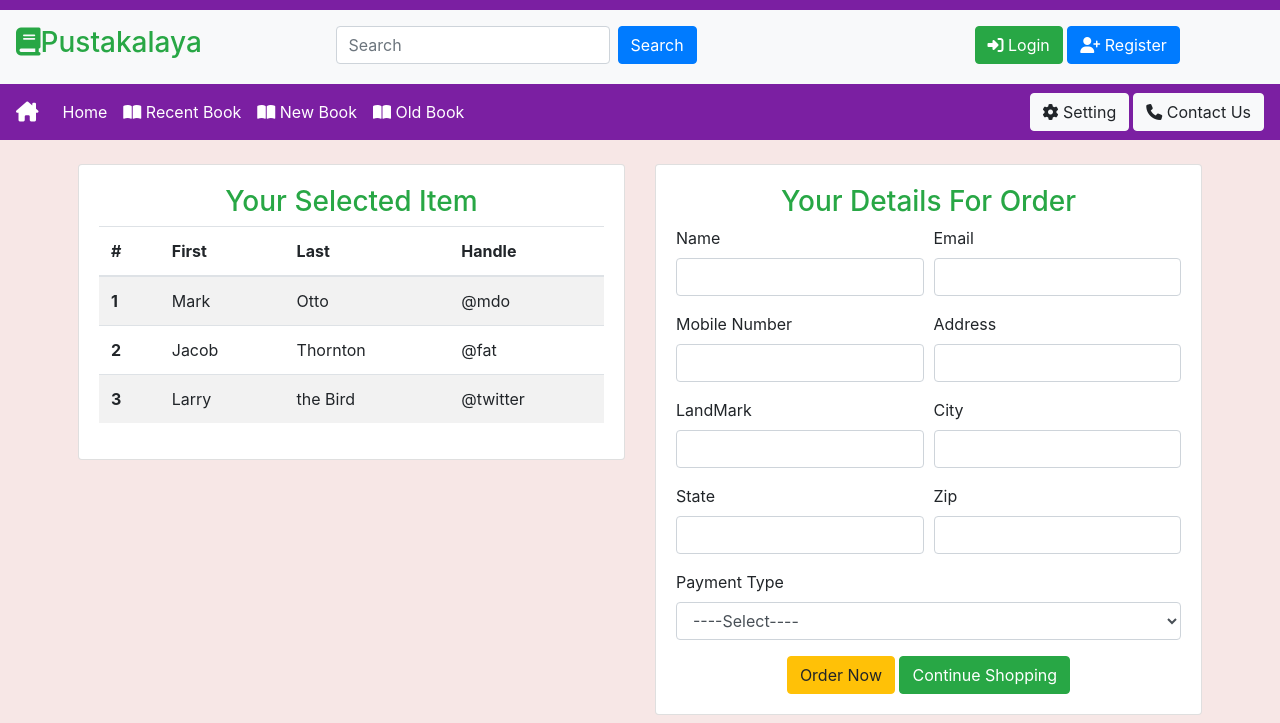
Repository: kalaprabhakar/Pustakalay_Web_Application
Page: http://localhost/E_Book_Management/checkout.jsp
An editor plug-in stored every save of this project. The page is shown before and after the next save, followed by the edit.
The browser window is 1280 px wide. The pictures show the whole page.
Some web libraries are served in a nearby version. The page is served by Tomcat 10.

Above is the page before, as saved 2024-02-23 04:35:48.

After the next save:
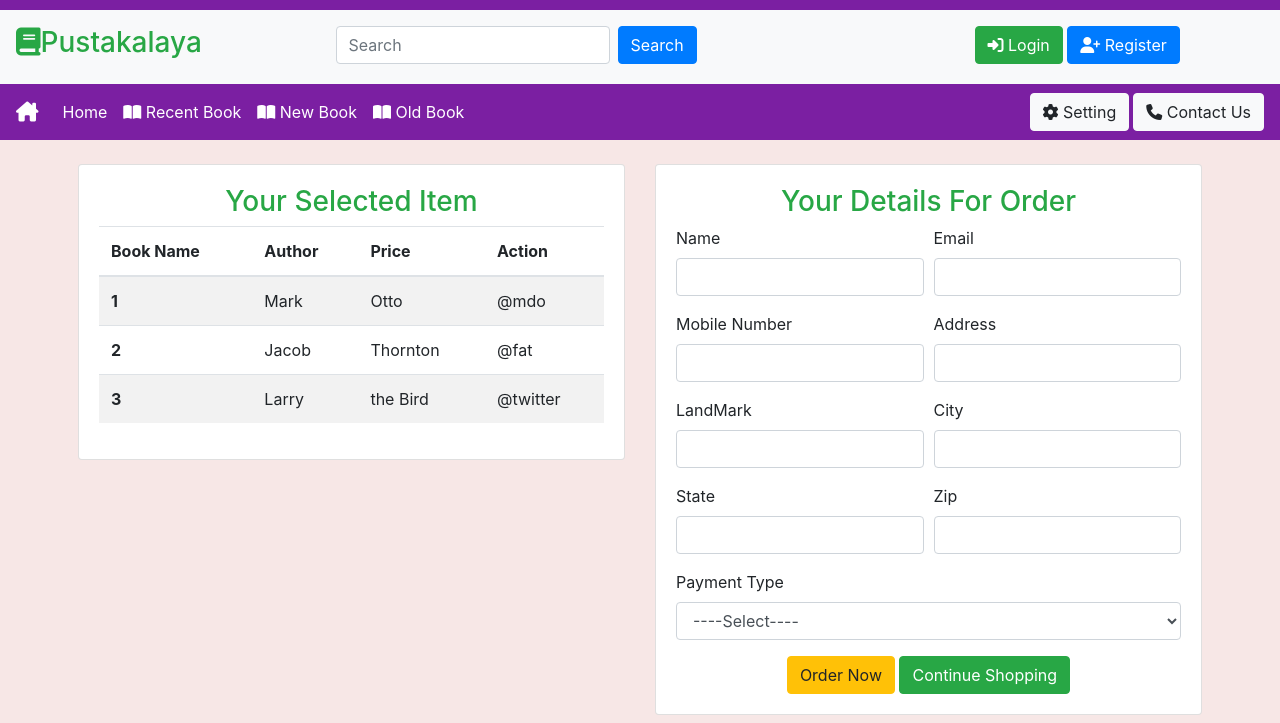
Saved 2 days later.
--- a/E_Book_Management/src/main/webapp/checkout.jsp
+++ b/E_Book_Management/src/main/webapp/checkout.jsp
@@ -20,10 +20,10 @@
 						<table class="table table-striped">
 							<thead>
 								<tr>
-									<th scope="col">#</th>
-									<th scope="col">First</th>
-									<th scope="col">Last</th>
-									<th scope="col">Handle</th>
+									<th scope="col">Book Name</th>
+									<th scope="col">Author</th>
+									<th scope="col">Price</th>
+									<th scope="col">Action</th>
 								</tr>
 							</thead>
 							<tbody>
